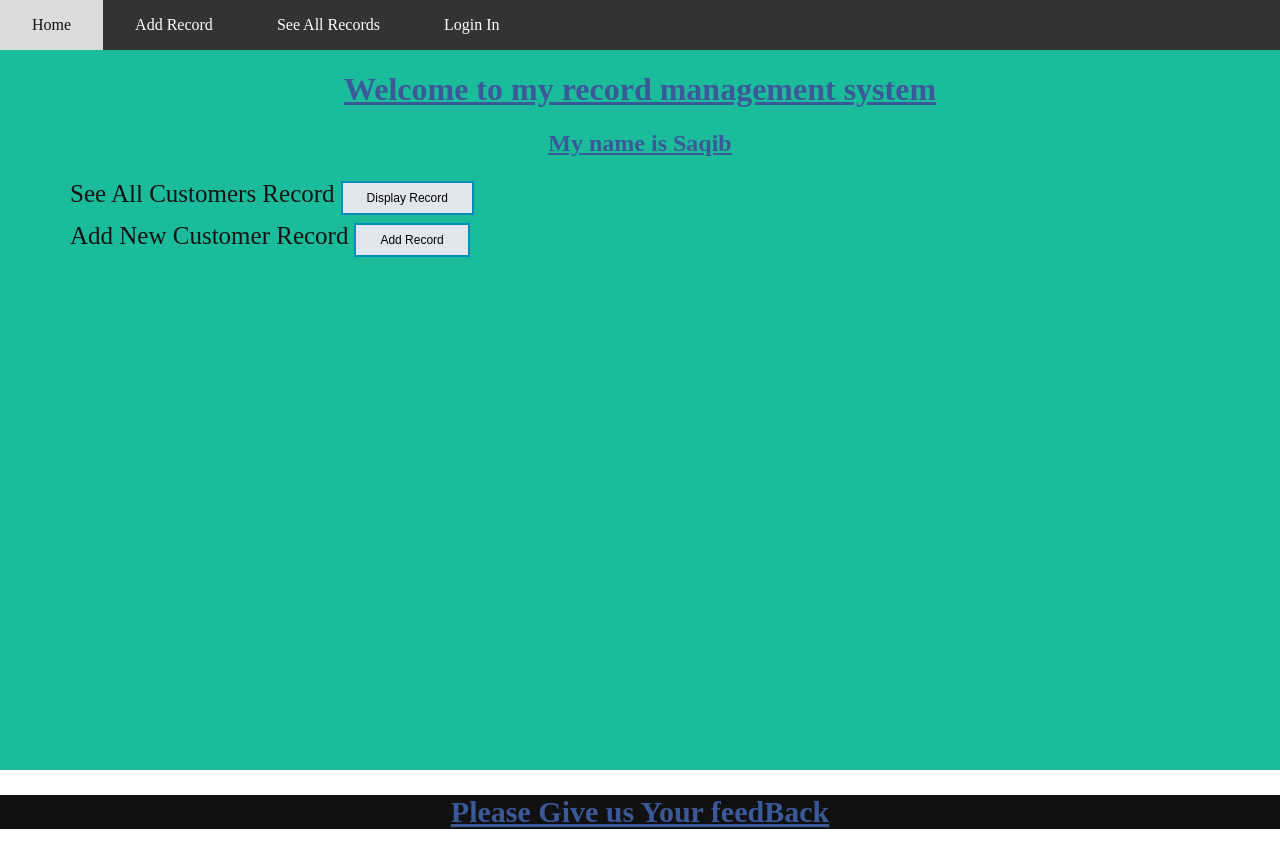
Repository: MUHAMMAD-SAQIB-2000/SpringBoot
Page: http://localhost/WebServiceRecordManagementSystem/home.jsp
The author's editor kept a copy of each file at every save. The page is drawn from the files as they stood at one save, then again after the next save.
The browser window is 1280 px wide. The pictures show the whole page.
The page is served by Tomcat 9.

Above is the page before, as saved 2020-08-12 13:37:05.

After the next save:
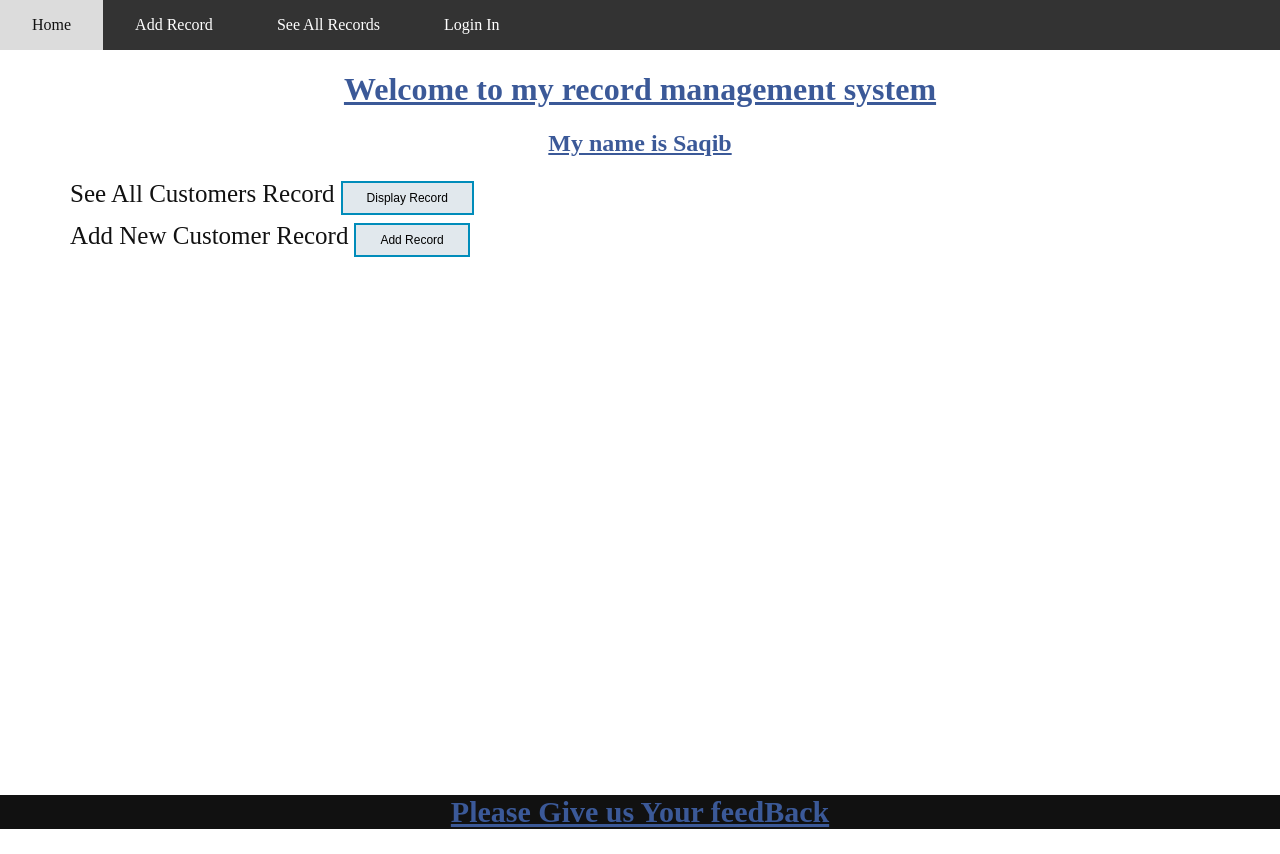
Saved 82 s later.
--- a/WebServiceRecordManagementSystem/src/main/webapp/style.css
+++ b/WebServiceRecordManagementSystem/src/main/webapp/style.css
@@ -40,7 +40,6 @@ li a:hover {
 .mainBody{
 	padding: 20px 20px;
 	margin-top:30px;
-	background-color:#1abc9c;
 	height:700px;
 }
 
